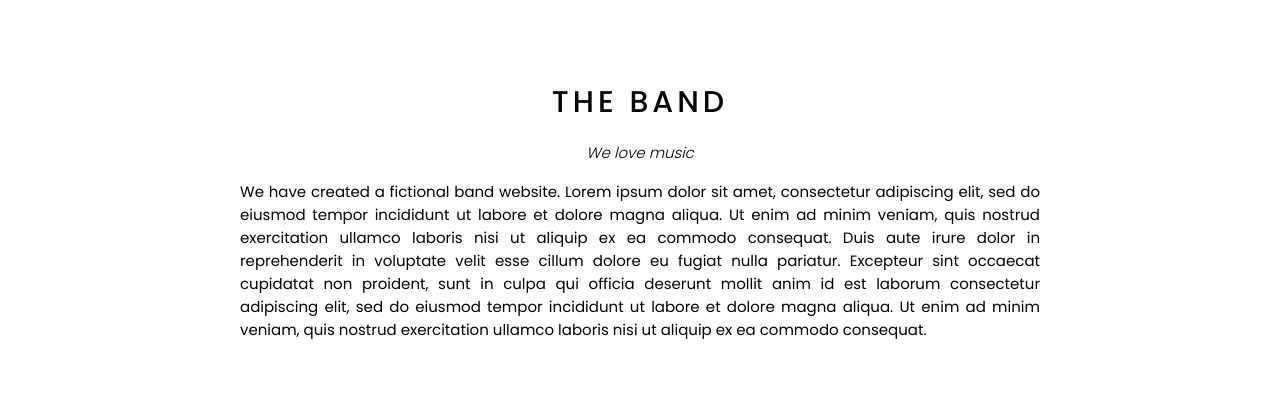
Repository: dptuyen1/the-band
Page: index.html
An editor plug-in stored every save of this project. The page is shown before and after the next save, followed by the edit.
The browser window is 1280 px wide. The pictures show the part of the page from y = 690 to 1269 px (the page is 1101 px tall before and 1269 px after).

Above is the page before, as saved 2023-06-02 14:49:53.

After the next save:
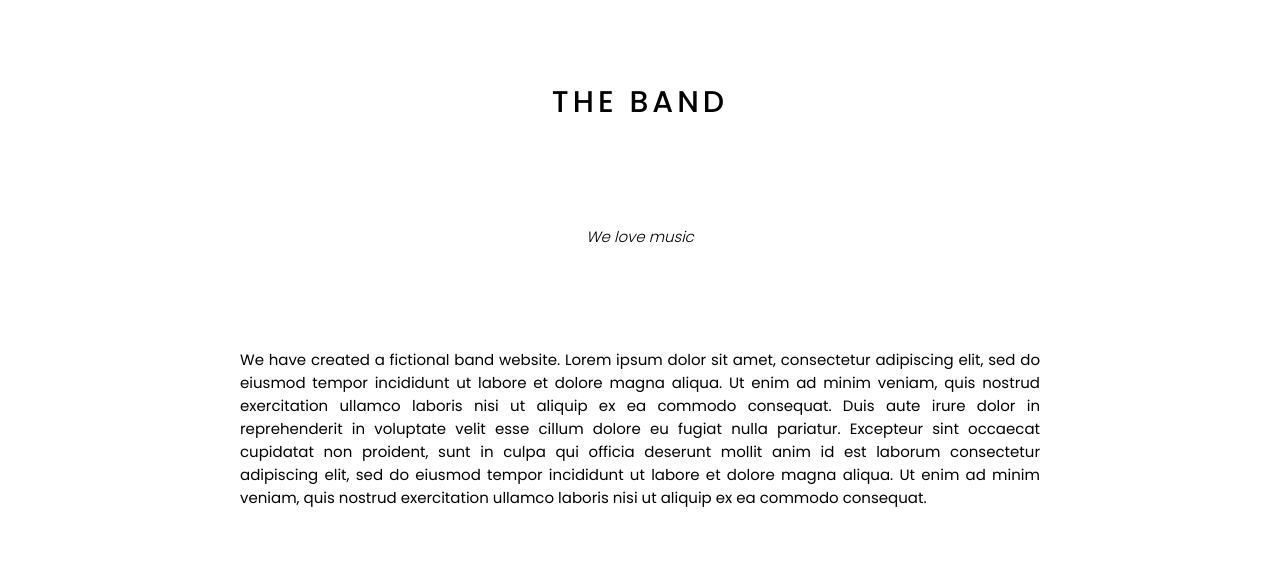
Saved 11 s later.
--- a/assets/css/style.css
+++ b/assets/css/style.css
@@ -151,7 +151,7 @@ html {
 .section-slogan {
   font-size: 1.5rem;
   font-weight: 300;
-  margin: 16px 0;
+  margin: 100px 0;
 }
 
 .about-text {
